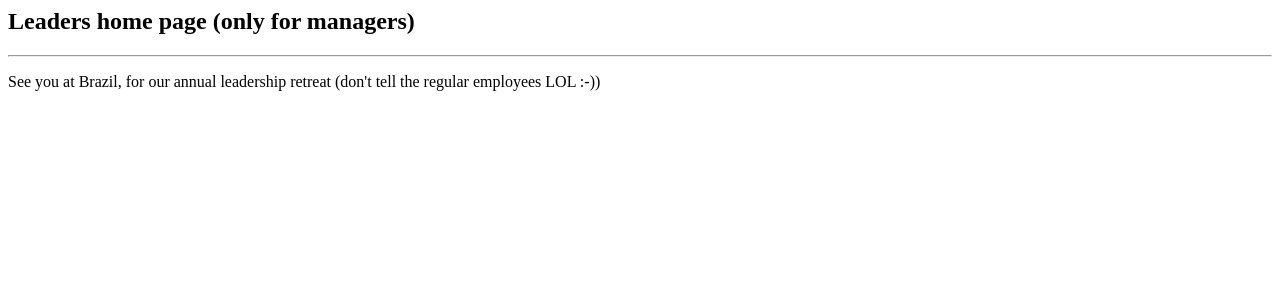
Repository: palash-07/Spring-and-Hibernate-includes-Spring-Boot-
Page: http://localhost/spring-security-demo-07-user-roles/leaders
These files come from the project's save history. The page is drawn as it stood at one moment and after the next save; the edit follows.
The browser window is 1280 px wide. The pictures show the whole page.
The page is served by Tomcat 9. Other server files are loaded and not shown.

Above is the page before, as saved 2022-07-02 07:13:53.

### spring-security-demo-07-user-roles/src/main/webapp/WEB-INF/view/leaders.jsp
<html>

<head>
	<title>Leaders page</title>
</head>

<body>
	<h2>Leaders home page (only for managers)</h2>
	<hr>

	<p>
		See you at Brazil, for our annual leadership retreat (don't tell the regular employees LOL :-))
	</p>
</body>

</html>

After the next save:
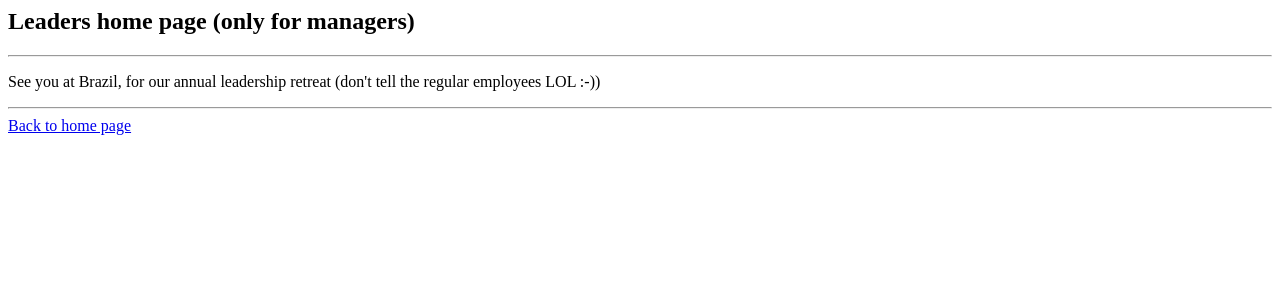
Saved 67 s later.
--- a/spring-security-demo-07-user-roles/src/main/webapp/WEB-INF/view/leaders.jsp
+++ b/spring-security-demo-07-user-roles/src/main/webapp/WEB-INF/view/leaders.jsp
@@ -11,6 +11,11 @@
 	<p>
 		See you at Brazil, for our annual leadership retreat (don't tell the regular employees LOL :-))
 	</p>
+
+	<hr>
+
+	<a href="${pageContext.request.contextPath}/">Back to home page</a>
+
 </body>
 
 </html>
